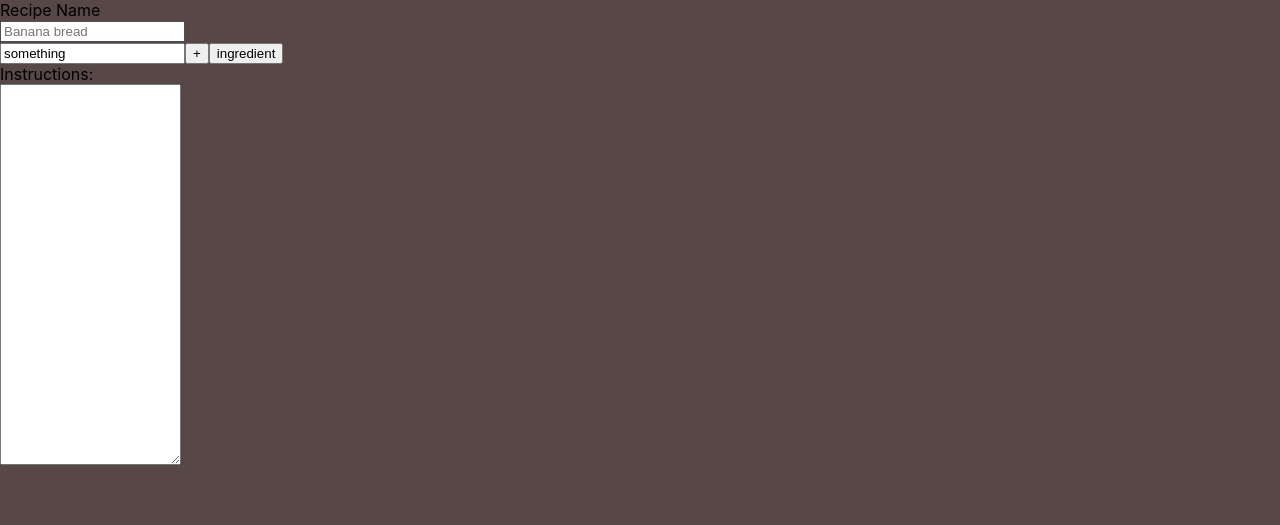
Repository: cdart1/React_Recipe_App
Page: / (app in recipe_app/)
These files come from the project's save history. The page is drawn as it stood at one moment and after the next save; the edit follows.
The browser window is 1280 px wide. The pictures show the whole page.
The project was rebuilt for these pictures with package versions that can differ from the ones it lists, and the page was loaded fresh each time.

Above is the page before, as saved 2021-03-14 16:58:58.

After the next save:
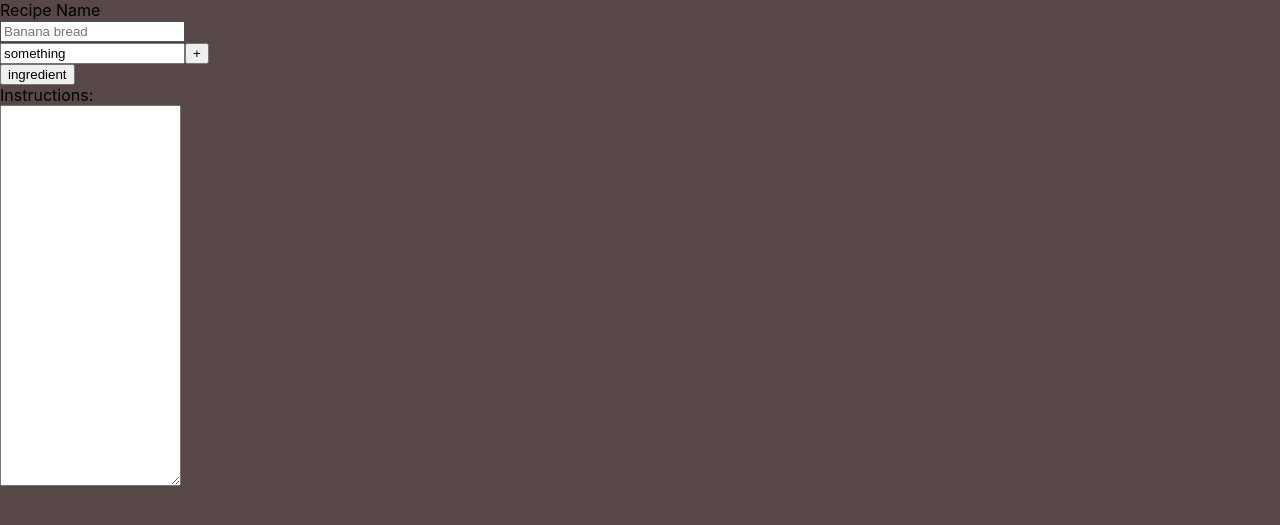
Saved 72 s later.
--- a/recipe_app/src/Components/Ingredient.js
+++ b/recipe_app/src/Components/Ingredient.js
@@ -5,7 +5,7 @@ import Button from 'react-bootstrap/Button';
 const Ingredient = ({ingredient}) => {
 
 return(
-<Button info class="ingredient">ingredient</Button>
+<Button info className="ingredient">ingredient</Button>
 )}
 
 export default Ingredient;
